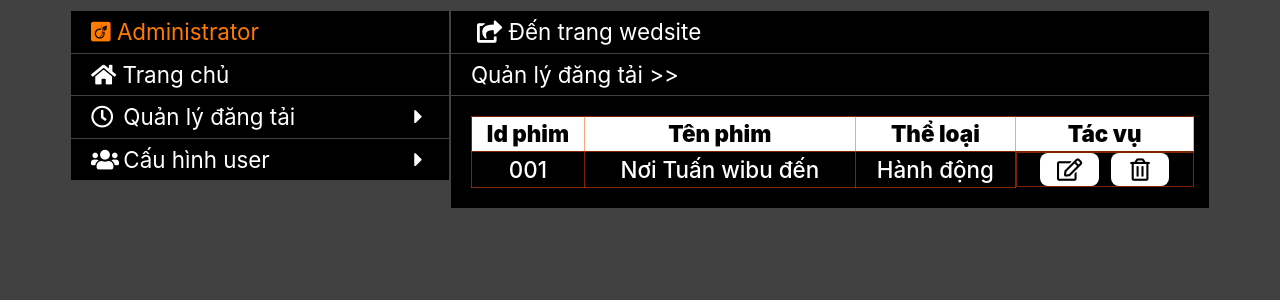
Repository: SonNguyen892002/Lau-Dai-Code
Page: http://localhost/wed-jdbc-1-2023/views/admin/qlphim.jsp
An editor plug-in stored every save of this project. The page is shown before and after the next save, followed by the edit.
The browser window is 1280 px wide. The pictures show the whole page.
The page is served by Tomcat 9. Nobody is signed in. The application's start-up code is not run.

Above is the page before, as saved 2022-01-15 10:17:02.

After the next save:
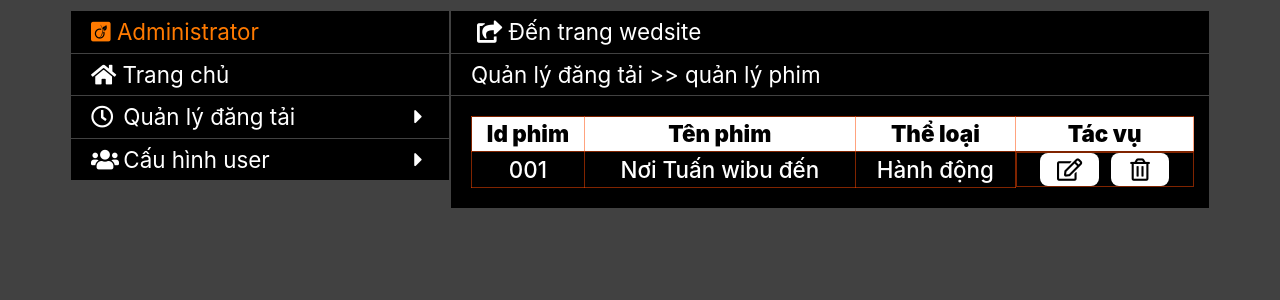
Saved 40 s later.
--- a/workspace/wed-jdbc-1-2023/src/main/webapp/views/admin/qlphim.jsp
+++ b/workspace/wed-jdbc-1-2023/src/main/webapp/views/admin/qlphim.jsp
@@ -23,4 +23,9 @@
 
 </table>
 
+<script>
+	const btnA = document.querySelector('.t');
+	btnA.innerHTML = "Quản lý đăng tải >> quản lý phim";
+</script>
+
 <%@ include file="footer.jsp" %>
